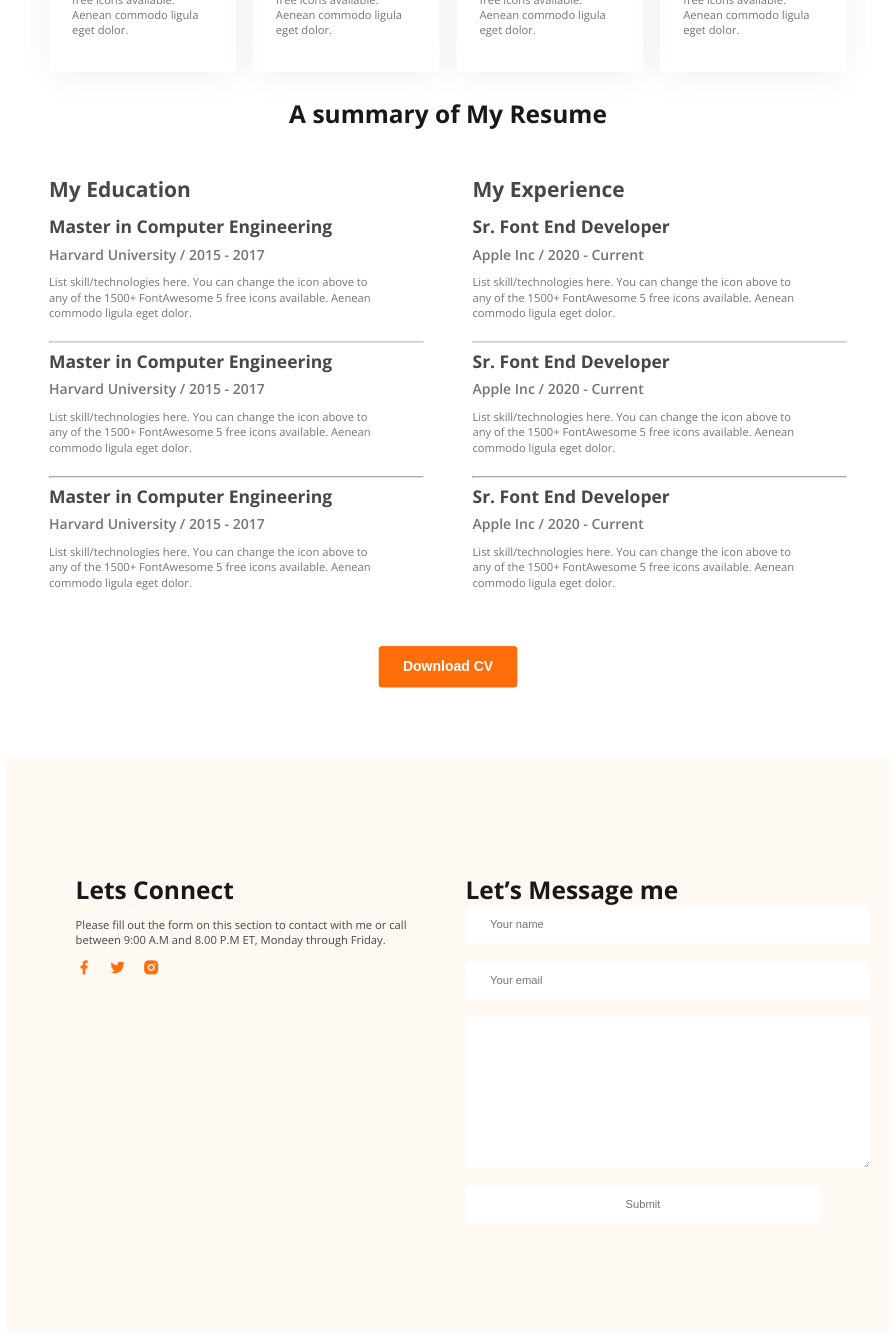
Repository: ShouravAhammed/Simple-Portfolio-Webpage
Page: index.html
These files come from the project's save history. The page is drawn as it stood at one moment and after the next save; the edit follows.
The browser window is 1280 px wide. The pictures show the part of the page from y = 2110 to 4030 px (the page is 4030 px tall before and 4010 px after), at 70% of full size.

Above is the page before, as saved 2024-01-06 04:15:10.

### index.html
<!DOCTYPE html>
<html lang="en">
<head>
    <meta charset="UTF-8">
    <meta name="viewport" content="width=device-width, initial-scale=1.0">
    <title>Mary</title>
    <link rel="stylesheet" href="index.css">
</head>
<body>
    <header class="header">
        <nav>
            <h3 class="nav-title">Ma<span class="text-primary">r</span>y</h3>
            <ul class="navber">
                <li><a href="">Portfolio</a></li>
                <li><a href="">Blog</a></li>
                <li><button class="btn-primary">Hire Me</button></li>
            </ul>
        </nav>
        <div class="banner">
            <div class="banner-content">
                <h3 class="banner-greeting">Hi, I  am</h3>
                <h1 class="banner-title">Mary Hardy</h1>
                <p class="banner-description">Shot what able cold new see hold.Friendly as an betrayed formerly he. Morning because as to society behaved moments.</p>
                <button class="btn-primary">Download</button>
                <button class="btn-primary">Contact</button>
            </div>
            <img class="profile-pic" src="images/hardy.png" alt="profile-pic">
        </div>
    </header>
    <main>
        <section class="about">
            <h3 class="section-title">About Me</h3>
            <p class="section-description">I, m a designer & developer with a passion for web design. I enjoy developing simple, clean and slick websites that provide real value to the end user. Thousands of clients have procured exceptional resulfs while working with me. Delivering work within time and budget which meets clients requirements in our mata.</p>
            <div class="about-info-container">
                <div class="about-info">
                    <h4 class="info-title">Name:</h4>
                    <p class="info-description">Mary Hardy</p>
                </div>
                <div class="about-info">
                    <h4 class="info-title">Email:</h4>
                    <p class="info-description">info@gmail.com</p>
                </div>
                <div class="about-info">
                    <h4 class="info-title">Date of birth:</h4>
                    <p class="info-description">11 November 1987</p>
                </div>
                <div class="about-info">
                    <h4 class="info-title">From:</h4>
                    <p class="info-description">Los Angeles, USA</p>
                </div>
            </div>
        </section>
        <!-- what i do section  -->
        <section>
            <h3 class="section-title">What I do</h3>
            <p id="what-i-do-description" class="section-description">I have more than 10 years experience building software for clients all over the world. Below is a quick overview of my main technical skill sets and technologies i use. Want to find out more about my experience? Check out my online resume and project portfolio.</p>
            <div class="skills-container">
                <div class="skills">
                    <img src="images/icons/js.png" alt="">
                    <h3 class="skills-title">Vanilla JavaScript</h3>
                    <p class="skills-description">List skill/technologies here. You can change the icon above to any of the 1500+ FontAwesome 5 free icons available. Aenean commodo ligula eget dolor.</p>
                </div>
                <div class="skills">
                    <img src="images/icons/react.png" alt="">
                    <h3 class="skills-title">React</h3>
                    <p class="skills-description">List skill/technologies here. You can change the icon above to any of the 1500+ FontAwesome 5 free icons available. Aenean commodo ligula eget dolor.</p>
                </div>
                <div class="skills">
                    <img src="images/icons/nodejs.png" alt="">
                    <h3 class="skills-title">Node.js</h3>
                    <p class="skills-description">List skill/technologies here. You can change the icon above to any of the 1500+ FontAwesome 5 free icons available. Aenean commodo ligula eget dolor.</p>
                </div>
                <div class="skills">
                    <img src="images/icons/mongo.png" alt="">
                    <h3 class="skills-title">MongoDB</h3>
                    <p class="skills-description">List skill/technologies here. You can change the icon above to any of the 1500+ FontAwesome 5 free icons available. Aenean commodo ligula eget dolor.</p>
                </div>
            </div>
        </section>
        <!-- Resume section -->
        <section>
            <h3 class="section-title">A summary of My Resume</h3>
            <div class="resume-container">
                <div class="resume-colum">
                    <h3 class="resume-column-title">My Education</h3>
                    <div class="resume-item">
                        <h3 class="resume-item-title">Master in Computer Engineering</h3>
                        <h4 class="resume-item-institute">Harvard University / 2015 - 2017</h4>
                        <p class="resume-item-description">List skill/technologies here. You can change the icon above
                            to any of the 1500+ FontAwesome 5 free icons available. Aenean commodo ligula eget dolor.</p>
                    </div>
                    <hr>
                    <div class="resume-item">
                        <h3 class="resume-item-title">Master in Computer Engineering</h3>
                        <h4 class="resume-item-institute">Harvard University / 2015 - 2017</h4>
                        <p class="resume-item-description">List skill/technologies here. You can change the icon above
                            to any of the 1500+ FontAwesome 5 free icons available. Aenean commodo ligula eget dolor.</p>
                    </div>
                    <hr>
                    <div class="resume-item">
                        <h3 class="resume-item-title">Master in Computer Engineering</h3>
                        <h4 class="resume-item-institute">Harvard University / 2015 - 2017</h4>
                        <p class="resume-item-description">List skill/technologies here. You can change the icon above
                            to any of the 1500+ FontAwesome 5 free icons available. Aenean commodo ligula eget dolor.</p>
                    </div>
                </div>
                <div class="resume-colum">
                    <h3 class="resume-column-title">My Experience</h3>
                    <div class="resume-item">
                        <h3 class="resume-item-title">Sr. Font End Developer</h3>
                        <h4 class="resume-item-institute">Apple Inc / 2020 - Current</h4>
                        <p class="resume-item-description">List skill/technologies here. You can change the icon above
                            to any of the 1500+ FontAwesome 5 free icons available. Aenean commodo ligula eget dolor.</p>
                    </div>
                    <hr>
                    <div class="resume-item">
                        <h3 class="resume-item-title">Sr. Font End Developer</h3>
                        <h4 class="resume-item-institute">Apple Inc / 2020 - Current</h4>
                        <p class="resume-item-description">List skill/technologies here. You can change the icon above
                            to any of the 1500+ FontAwesome 5 free icons available. Aenean commodo ligula eget dolor.</p>
                    </div>
                    <hr>
                    <div class="resume-item">
                        <h3 class="resume-item-title">Sr. Font End Developer</h3>
                        <h4 class="resume-item-institute">Apple Inc / 2020 - Current</h4>
                        <p class="resume-item-description">List skill/technologies here. You can change the icon above
                            to any of the 1500+ FontAwesome 5 free icons available. Aenean commodo ligula eget dolor.</p>
                    </div>
                </div>
            </div>
            <div class="download-cv">
                <button class="btn-primary">Download CV</button>
            </div>
        </section>
    </main>
    <footer>
        <div class="footer-column">
            <h3 class="section-title left-align">Lets Connect</h3>
            <p class="footer-description">Please fill out the form on this section to contact with me or call between 9:00 A.M and 8.00 P.M ET, Monday through Friday.</p>
            <div class="social-link">
                <a href=""><img src="images/icons/facebook.png" alt="facebook"></a>
                <a href=""><img src="images/icons/twitter.png" alt="twitter"></a>
                <a href=""><img src="images/icons/insta.png" alt="insta"></a>
            </div>
        </div>
        <div class="footer-column">
            <h3 class="section-title left-align">Let’s Message me</h3>
            <form class="contact" action="">
                <input type="name" placeholder="Your name" alt="">
                <input type="email" placeholder="Your email" alt="">
                <textarea name="" id="" cols="30" rows="10"></textarea>
                <input type="submit" class="btn-primary">
            </form>
        </div>

    </footer>
</body>
</html>

### index.css
@import url('https://fonts.googleapis.com/css2?family=Lato:ital,wght@0,100;0,300;0,400;0,700;0,900;1,100;1,300;1,400;1,700;1,900&display=swap');
@import url('https://fonts.googleapis.com/css2?family=Open+Sans:ital,wght@0,300;0,400;0,500;0,600;0,700;0,800;1,300;1,400;1,500;1,600;1,700;1,800&display=swap');
/* google fonts import */
/* *{
    margin: 0;
    padding: 0;
    outline: 0;
} */
ul, ol{
    list-style: none;
}
body{
    font-family: 'Open Sans', sans-serif;
}
.text-primary{
    color: #FD6E0A;
}
.btn-primary{
    border-radius: 5px;
    color: #fff;
    background: #FD6E0A;
    font-size: 20px;
    font-weight: 700;
    padding: 18px 35px;
    border: 0;
}

/* nav related style */
nav{
    display: flex;
    justify-content: space-between;
    align-items: center;
    margin: 0 200px;
}
.nav-title{
    color: #181818;
    font-size: 45px;
    font-weight: 800;
}
nav > ul{
    display: flex;
    align-items: center;
}
nav li{
    margin-right: 50px;
}
nav a{
    text-decoration: none;
    color: #474747;
}
/* header related style */
.header{
    background: #FFF8F3;
    background-image: url(images/header_bg.png);
    background-position: bottom right;
    background-repeat: no-repeat;
}
.banner{
    display: flex;
    justify-content: space-between;
    padding: 30px 30px 0px 150px;
    align-items: center;
}
.banner-content{
    max-width: 580px;
}
.banner .profile-pic{
    width: 500px;
}
.banner-greeting{
    color: #474747;
    font-size: 45px;
    margin-bottom: 0;
}
.banner-title{
    color: #181818;
    font-size: 85px;
    font-weight: 700;
    margin-top: 5px;
    margin-bottom: 20px;
}
.banner-description{
    color: #575757;
    font-size: 18px;
    font-weight: 400;
    margin-bottom: 20px;
}
/* main part style */
main{
    max-width: 1140px;
    margin: 0 auto;
}
/* about part style */
.about{
    border-radius: 10px;
    background: #FFF8F3;
    margin: 130px 0px;
    padding: 130px 155px;
}
.section-title{
    color: #181818;
    text-align: center;
    font-size: 35px;
    font-weight: 700;
}
.section-description{
    color: #757575;
    text-align: center;
    font-size: 18px;
    font-weight: 400;
}
.about-info-container{
    display: flex;
    justify-content: space-around;
}
.about-info{
    text-align: center;
}
.info-title{
    color:  #757575;
    text-align: center;
    font-size: 20px;
    font-weight: 400;
    margin-bottom: 0px;
}
.info-description{
    color:#474747;
    font-size: 20px;
    font-weight: 700;
    margin-top: 10px;
}
#what-i-do-description{
    padding: 30px 150px;
}
/* what i do section style */
.skills-container{
    display: flex;
    gap: 24px;
}
.skills{
    border-radius: 5px;
    box-shadow: 0px 6px 50px 0px rgba(0, 0, 0, 0.06);
    padding: 33px
}
.skills-title{
    color: #181818;
    font-size: 20px;
    font-weight: 700;
}
.skills-description{
    color:#757575;
    font-size: 16px;
    font-weight: 400;
}
/* Resume sectionpart start */
.resume-container{
    display: flex;
    gap: 70px;
}
.resume-container hr{
    background: #d1d1d1;
    height: 0.1px;
}
.resume-column-title{
    color:#474747;
    font-size: 30px;
    font-weight: 700;
    margin-bottom: 15px;
}
.resume-item-title{
    color: #474747;
    font-size: 25px;
    font-weight: 700;
    margin-top: 0px;
    margin-bottom: 10px;
}
.resume-item-institute{
    color: #757575;
    font-size: 20px;
    font-weight: 600;
    margin-top: 0px;
    margin-bottom: 15px;
}
.resume-item-description{
    color: #757575;
    font-size: 16px;
    font-weight: 400;
    margin-top: 10px;
    margin-bottom: 30px;
    padding-right: 50px;
}
.download-cv{
    text-align: center;
    margin-top: 50px;
}
/* footer part style */
footer{
    display: flex;
    gap: 50px;
    background: #fff8f3;
    padding: 130px 100px;
    margin-top: 100px;
}
.footer-column{
    width: 50%;
}
.footer-description{
    color: #474747;
    font-size: 16px;
    font-weight: 400;
}
.left-align{
    margin-bottom: 0px;
    text-align: left;
}
.social-link a{
    margin-right: 20px;
}
.contact input, textarea{
    display: block;
    margin-bottom: 25px;
    padding: 18px 35px;
    border: 0;
    background: #fff;
    color:#757575;
    font-size: 16px;
    font-weight: 400;
    border-radius: 5px;
    width: 100%;
}

After the next save:
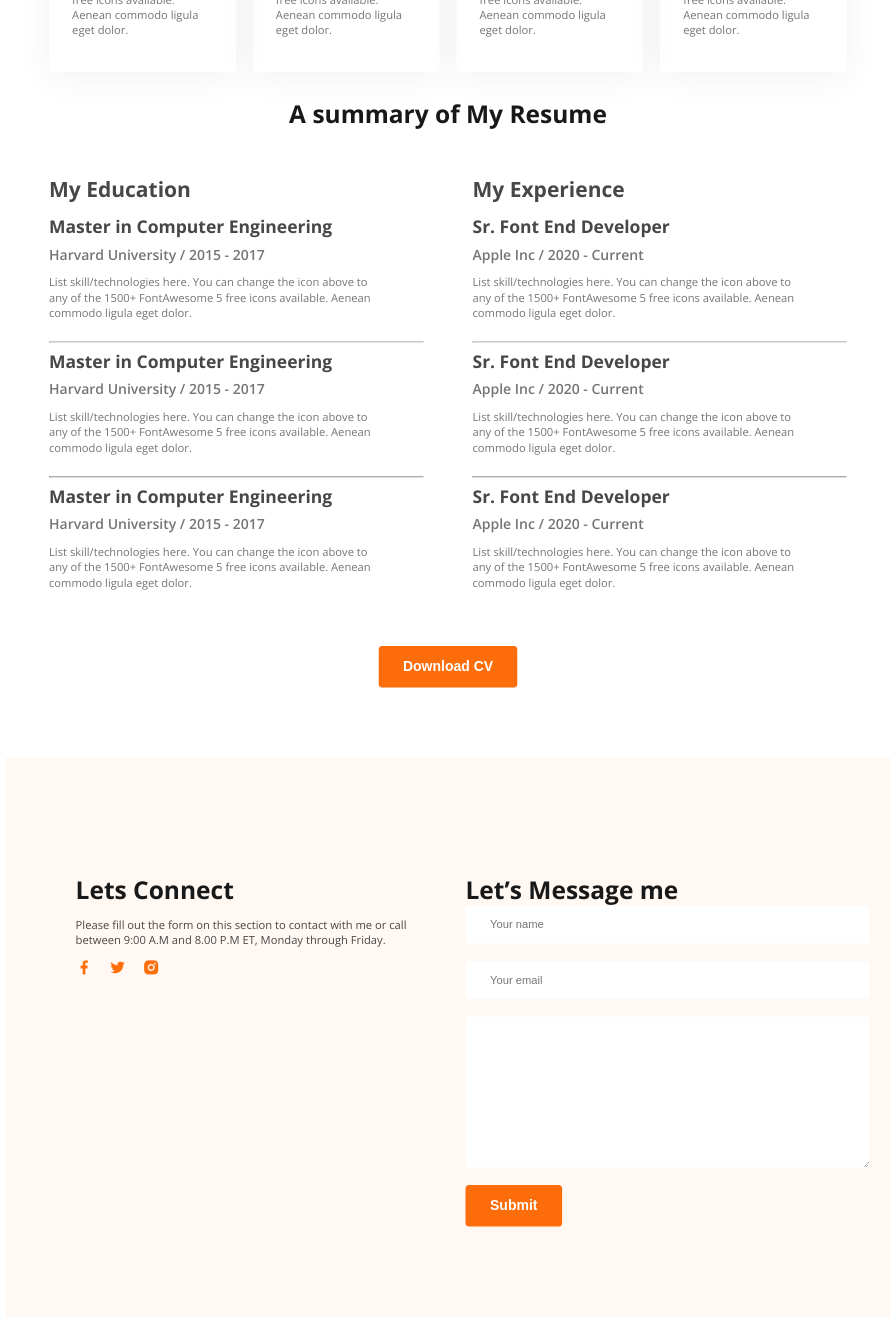
Saved 3 min 9 s later.
--- a/index.css
+++ b/index.css
@@ -216,7 +216,7 @@ footer{
 .social-link a{
     margin-right: 20px;
 }
-.contact input, textarea{
+.contact input[type=name], input[type=email], textarea{
     display: block;
     margin-bottom: 25px;
     padding: 18px 35px;
